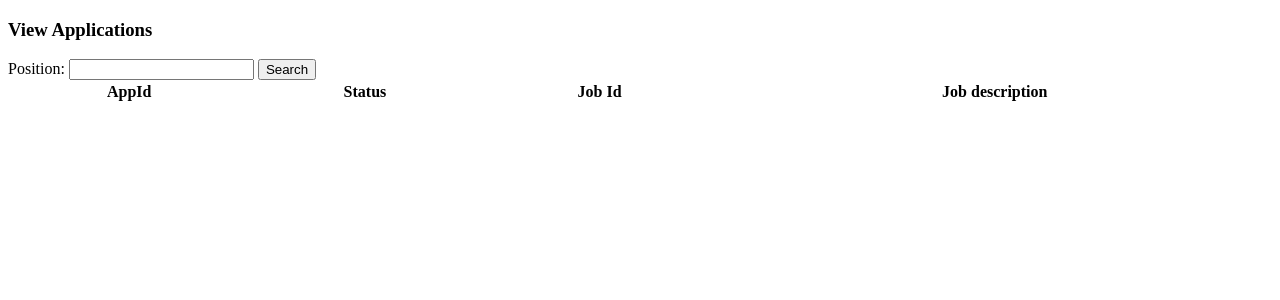
Repository: sanjukthas/NumberUtility
Page: http://localhost/HDZjobs/viewapplications.jsp
These files come from the project's save history. The page is drawn as it stood at one moment and after the next save; the edit follows.
The browser window is 1280 px wide. The pictures show the whole page.
The page is served by Tomcat 9.

Above is the page before, as saved 2016-07-26 18:43:44.

After the next save:
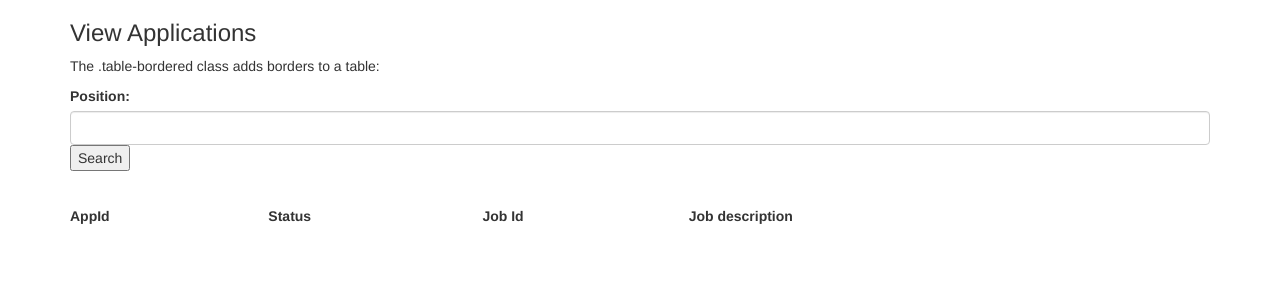
Saved 9 min 25 s later.
--- a/HDZjobs/WebContent/viewapplications.jsp
+++ b/HDZjobs/WebContent/viewapplications.jsp
@@ -5,11 +5,21 @@
 <!DOCTYPE html PUBLIC "-//W3C//DTD HTML 4.01 Transitional//EN" "http://www.w3.org/TR/html4/loose.dtd">
 <html>
 <head>
+
+  <meta charset="utf-8">
+  <meta name="viewport" content="width=device-width, initial-scale=1">
+  <link rel="stylesheet" href="http://maxcdn.bootstrapcdn.com/bootstrap/3.3.6/css/bootstrap.min.css">
+  <script src="https://ajax.googleapis.com/ajax/libs/jquery/1.12.4/jquery.min.js"></script>
+  <script src="http://maxcdn.bootstrapcdn.com/bootstrap/3.3.6/js/bootstrap.min.js"></script>
 <meta http-equiv="Content-Type" content="text/html; charset=UTF-8">
 <title>View Applications</title>
 </head>
 <body>
-			<h3>View Applications</h3>
+<div class="container">
+  <h3>View Applications</h3>
+  <p>The .table-bordered class adds borders to a table:</p>
+  <table class="table table-bordered">
+
 							<form action="ViewApplications"  method="post">
 							<div class="form-group">
 								<label for="typeAssgn">Position:</label> <input type="text"
